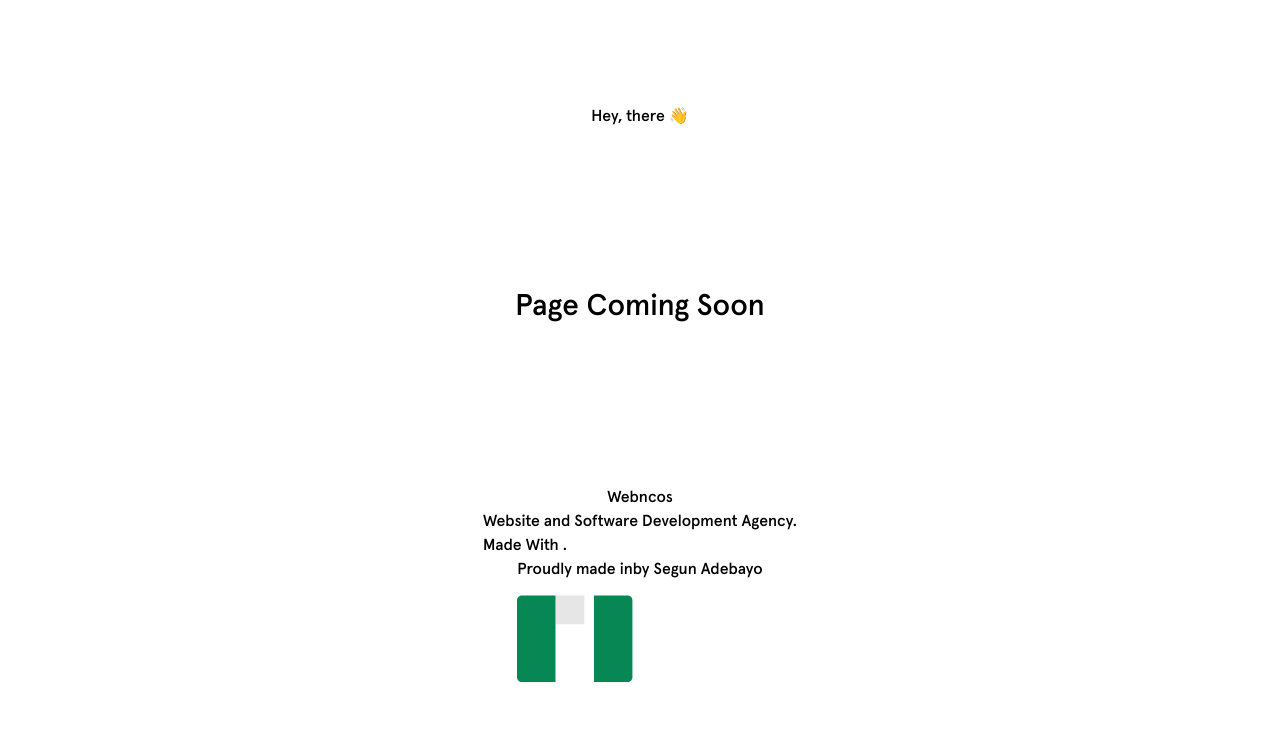
Repository: 1realjulius/webncos
Page: /
The author's editor kept a copy of each file at every save. The page is drawn from the files as they stood at one save, then again after the next save.
The browser window is 1280 px wide. The pictures show the whole page.
The project was rebuilt for these pictures with package versions that can differ from the ones it lists, and the page was loaded fresh each time. The framework's server and built-in components were replaced by stand-ins that run in the browser. Also part of the build but not shown: next.config.js.

Above is the page before, as saved 2022-08-13 05:29:24.

### pages/index.tsx
import type { NextPage } from 'next'
import Head from 'next/head'
import Image from 'next/image'
import ComingSoon from '../components/ComingSoon'

const Home: NextPage = () => {
  return (
    <div className="flex min-h-screen flex-col items-center justify-center py-2 font-ApercuMedium">
      <Head>
      <title>Webncos</title>
        <meta name="description" content="Website and Software Development Agency." />
        <meta property="og:type" content="website"/>
        <meta property="og:url" content="https://www.webncos.com/"/>
        <meta property="og:title" content="Webncos — Website and Software Development Agency."/>
        <meta property="og:description" content="Website and Software Development Agency."/>
        {/* <meta property="og:image" content="/Assets/newmemoji.svg"/> */}
        {/* <meta property="twitter:card" content="/Assets/Julius_Eghan.jpg"/> */}
        <meta property="twitter:url" content="https://www.webncos.com/"/>
        <meta property="twitter:title" content="Webncos — Website and Software Development Agency."/>
        <meta property="twitter:description" content="Website and Software Development Agency."/>
        {/* <meta property="twitter:image" content="/Assets/Julius_Eghan.jpg"/> */}
        <link rel="icon" href="/favicon.ico" />
        {/* <meta name="google-site-verification" content="0HesePHVymRqGiL70HUKPIq0Zsap0uUIb_Ci0DpImRY" /> */}
        <meta name="theme-color" content="#f7f2f2"   media="(prefers-color-scheme: light)"/>
        <meta name="theme-color" content="#090c10"   media="(prefers-color-scheme: dark)"/>
      </Head>
      <ComingSoon/>

    </div>
  )
}

export default Home

### styles/globals.css
@tailwind base;
@tailwind components;
@tailwind utilities;

@layer base{
      @font-face{
        font-family: 'ApercuBold';
        src: url("/Fonts/ApercuPro-Bold.woff") format("woff"),url("/Fonts/ApercuPro-Bold.woff2") format("woff2");
      }
      @font-face{
        font-family: 'ApercuMedium';
        src: url("/Fonts/ApercuPro-Medium.woff") format("woff"),url("/Fonts/ApercuPro-Medium.woff2") format("woff2");
      }
    }

### components/ComingSoon.tsx
import React from 'react'

const ComingSoon = () => {
  return (
    <div className='min-h-screen flex flex-col items-center justify-between md:p-8 p-6'>
    <div className='flex flex-col items-center justify-center pt-16'>
      <h1 className=''>Hey, there 👋</h1>
    </div>
    <div className='flex flex-col items-center justify-center'>
      <h1 className='text-3xl leading-none'>Page Coming Soon</h1>
    </div>
    <div className='flex flex-col items-center justify-center'>
        <div>
            <h1>Webncos</h1>
        </div>
        <div>
            <p>Website and Software Development Agency.</p>
            <p>Made With .</p>
        </div>
        <div>
            <p className="flex flex-row">
                <span>Proudly made in
                    <svg viewBox="0 0 48 48" className="">
                        <title>Nigeria</title>
                        <g>
                            <rect x="16" y="6" fill="#E6E6E6" width="12" height="12"></rect>
                            <path fill="#078754" d="M48,40c0,1.105-0.895,2-2,2H32V6h14c1.105,0,2,0.895,2,2V40z"></path>
                            <path fill="#078754" d="M16,42H2c-1.105,0-2-0.895-2-2V8c0-1.105,0.895-2,2-2h14V42z"></path>
                        </g>
                    </svg>
                </span>
                <span>by Segun Adebayo</span></p>
        </div>
    </div>
  </div>
  )
}

export default ComingSoon

### tailwind.config.js
/** @type {import('tailwindcss').Config} */
module.exports = {
  content: [
    './pages/**/*.{js,ts,jsx,tsx}',
    './components/**/*.{js,ts,jsx,tsx}',
  ],
  theme: {
    extend: {
      fontFamily: {
        ApercuBold: 'ApercuBold, sans',
        ApercuMedium: 'ApercuMedium, sans',
      },
    },
  },
  plugins: [],
}

Loaded but not shown: pages/_app.tsx (common file); pages/api/hello.ts (common file)

After the next save:
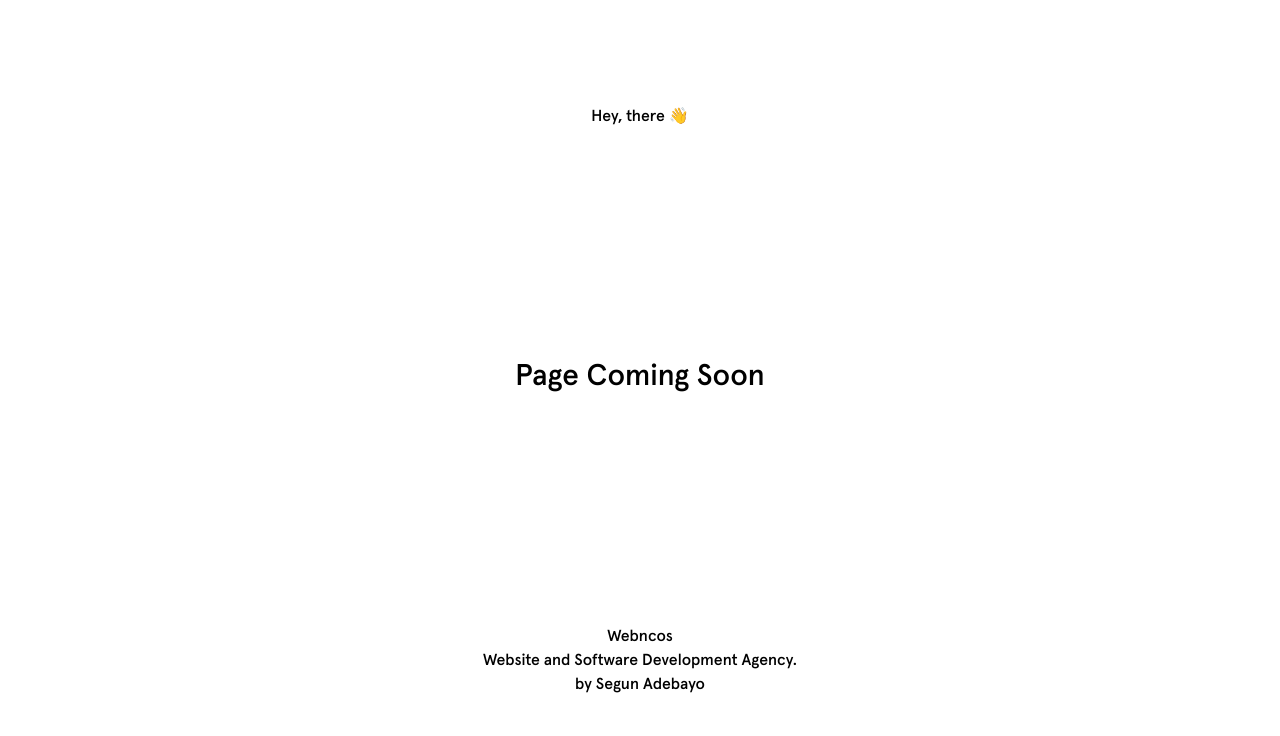
Saved 38 s later.
--- a/components/ComingSoon.tsx
+++ b/components/ComingSoon.tsx
@@ -15,21 +15,11 @@ const ComingSoon = () => {
         </div>
         <div>
             <p>Website and Software Development Agency.</p>
-            <p>Made With .</p>
         </div>
         <div>
             <p className="flex flex-row">
-                <span>Proudly made in
-                    <svg viewBox="0 0 48 48" className="">
-                        <title>Nigeria</title>
-                        <g>
-                            <rect x="16" y="6" fill="#E6E6E6" width="12" height="12"></rect>
-                            <path fill="#078754" d="M48,40c0,1.105-0.895,2-2,2H32V6h14c1.105,0,2,0.895,2,2V40z"></path>
-                            <path fill="#078754" d="M16,42H2c-1.105,0-2-0.895-2-2V8c0-1.105,0.895-2,2-2h14V42z"></path>
-                        </g>
-                    </svg>
-                </span>
-                <span>by Segun Adebayo</span></p>
+                <span>by Segun Adebayo</span>
+            </p>
         </div>
     </div>
   </div>
